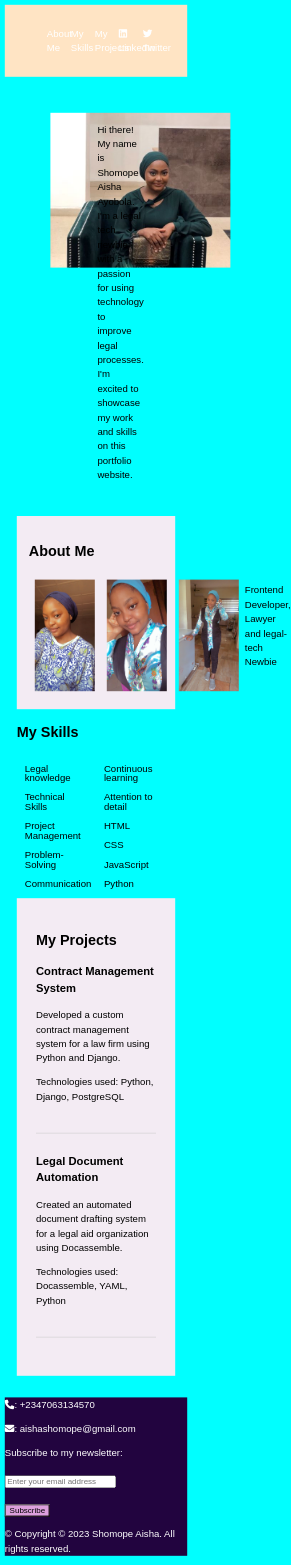
Repository: Iyewande/AishasPortfolio
Page: Index.html
These files come from the project's save history. The page is drawn as it stood at one moment and after the next save; the edit follows.
The browser window is 320 px wide. The page is 485 px wide, so the pictures cover 485 px, including what lies to the right of the window. The pictures show the whole page, at 60% of full size.
Some web libraries are served in a nearby version.

Above is the page before, as saved 2023-05-04 23:24:59.

### Index.html
<!DOCTYPE html>
<html lang="en">
    <head>
        <meta charset="UTF-8">
        <meta http-equiv="X-UA-Compatible" content="IE=edge">
        <meta name="viewport" content="width=device-width, initial-scale=1.0">
        <title>My Legal Tech Portfolio</title>
        <link rel="stylesheet" href="Style.css">
        <script src="https://kit.fontawesome.com/dcc74d8766.js" crossorigin="anonymous"></script>
    </head>
    <body>
        <div class="main-container">
        <!-- This HTML code creates a simple portfolio website with three main sections: About Me, My Projects, and My Skills.
            The navigation menu allows visitors to easily navigate between the sections of the website. The CSS styling for
            this website is located in a separate style.css file. -->
        <header id="header">
            <div>

            </div>
            <nav>
                <ul>
                    <li><a href="#about">About Me</a></li>
                    <li><a href="#skills">My Skills</a></li>
                    <li><a href="#projects">My Projects</a></li>
                    <li><a href="https://www.linkedin.com/in/shomope-aisha-ayobola/"><i class="fa-brands fa-linkedin"></i>LinkedIn</a></li>
                    <li><a href="https://twitter.com/ShomopeAisha"><i class="fa-brands fa-twitter"></i>Twitter</a></li>
                  </ul>
            </nav>
        </header>
        <main>
            <section id="landingPage">
                <div id="image">
                    <img id="img" src="E17CF07F-F5B1-4C94-9C3E-8D25C5FEC29B.jpg" alt="A picture of me">
                </div>
                <div id="heading">
                    <p>Hi there! My name is Shomope Aisha Ayobola.  I'm a legal tech newbie with a passion for using technology to improve legal processes. I'm excited to
                        showcase my work and skills on this portfolio website.
                    </p>
                </div>

            </section>
            <section  id="about">
                <div id="aboutMe">
                    <h2>About Me</h2>
                </div>
                <div id="secondrow2">
                    <div id="gallery">
                        <img id="me1" src="IMG_0573.JPG" alt="My picture">
                        <img id="me2" src="IMG_2036.JPG" alt="My picture">
                        <img id="me3" src="IMG_2049.JPG" alt="My picture">
                    </div>
                    <div id="paragraph">
                        <p>
                            Frontend Developer, Lawyer and legal-tech Newbie
                        </p>
                    </div>
                </div>

            </section>
              <section id="skills">
                <div id="mySkills">
                    <h2>My Skills</h2>
                </div>
               <div id="list">
                    <div id="unordered">
                         <p>Legal knowledge</p>
                         <p>Technical Skills</p>
                         <p>Project Management</p>
                         <p>Problem-Solving</p>
                         <p>Communication</p>
                    </div>
                    <div id="ordered">
                        <p>Continuous learning</p>
                        <p>Attention to detail</p>
                        <p>HTML</p>
                        <p>CSS</p>
                        <p>JavaScript</p>
                        <p>Python</p>
                </div>
              </section>
              <section id="projects">
                <div class="main-container"></div>
                <h2>My Projects</h2>
                <ul>
                  <li>
                    <h3>Contract Management System</h3>
                    <p>Developed a custom contract management system for a law firm using Python and Django.</p>
                    <p>Technologies used: Python, Django, PostgreSQL</p>
                  </li>
                  <li>
                    <h3>Legal Document Automation</h3>
                    <p>Created an automated document drafting system for a legal aid organization using Docassemble.</p>
                    <p>Technologies used: Docassemble, YAML, Python</p>
                  </li>
                </ul>
              </section>
              <section>
                <!-- <h3 id="futureProjects">Future projects</h3> -->
                <!-- As a complete legal tech newbie with only legal knowledge, HTML, and CSS skills, you can still build a portfolio
                       that showcases your abilities and potential. Here are some project ideas: -->

                <!-- <ul>
                    <li>
                        <h3>Legal blog or website</h3>
                        <p>Create a blog or website that discusses legal topics, provides legal advice, or offers legal services.</p>
                        <p>Tools:My HTML and CSS skills to design and build the website, and my legal knowledge to create
                            engaging and informative content.</p>
                    </li>
                    <li>
                        <h3>Legal case study</h3>
                        <p> Analyze a legal case and create a detailed report that summarizes the facts, legal issues, and outcomes.</p>
                    </li>
                    <li>
                        <h3>Legal newsletter</h3>
                        <p>Develop a newsletter that provides updates on legal news, recent court decisions, or changes in legislation.</p>
                    </li>
                    <li>
                        <h3>Legal Podcast </h3>
                        <p>Create a podcast that discusses legal topics or features interviews with legal professionals.</p>
                    </li>
                    <li>
                        <h3>Legal infographic</h3>
                        <p>Create an infographic that explains a legal concept or process in a visually engaging way.</p>
                    </li>
                    <h3>Legal research database</h3>
                    <p>Build a legal research database that allows users to search for legal cases or statutes using keywords, topics, and other criteria.</p>
                    </li>
                    <li>
                        <h3>Document automation</h3>
                        <p>Develop a tool that automates the creation of legal documents, such as contracts or agreements, using templates and user input.</p>
                    </li>
                    <li>
                        <h3>Contract management system</h3>
                        <p>Create a system that manages the entire contract lifecycle, from drafting to negotiation to execution and beyond.</p>
                    </li>
                    <li>
                        <h3>Compliance tracking tool</h3>
                        <p>Build a tool that helps companies track their compliance with legal regulations, such as data privacy laws or labor laws.</p>
                    </li>
                    <li>
                        <h3>Legal analytics dashboard</h3>
                        <p>Develop a dashboard that provides insights and analytics on legal data, such as case outcomes or legal spend.</p>
                    </li>
                    <li>
                        <h3>E-discovery tool</h3>
                        <p>Create a tool that helps legal teams manage electronic discovery, including searching, reviewing, and producing relevant documents for litigation.</p>
                    </li>
                    <li>
                        <h3>Virtual legal assistant</h3>
                        <p>Build a virtual assistant that can answer legal questions, provide guidance on legal processes, or assist with legal research.</p>
                    </li>
                </ul>
              </section>
              <p>These projects will help demonstrate my creativity, technical skills, and understanding of legal concepts.
                They can be used to showcase my work to potential employers, clients, or collaborators in the legal tech industry.
                As I continue to learn and develop your skills, I can incorporate more advanced technical components into my
                portfolio projects.</p> -->

        </main>
        <!-- footer: contains content that appears at the bottom of the page, such as copyright information. -->
        <footer id="footer">
            <div >
                <div class="contact">
                    <p><i class="fa-sharp fa-solid fa-phone"></i>: +2347063134570</p>
                    <p><i class="fa-solid fa-envelope"></i>: aishashomope@gmail.com</p>
                </div>
                <form action="#" method="post">
                    <label for="subscribe">Subscribe to my newsletter:</label>
                    <br><br>
                    <input type="email" id="subscribe" name="subscribe" placeholder="Enter your email address">
                    <br><br>
                    <button class=btn type="submit">Subscribe</button>
                </form>
                <p>&copy; Copyright © 2023 Shomope Aisha. All rights reserved.</p>
            </div>
        </footer>
    </div>
    </body>
</html>

### Style.css
/* Specific styles */

/* Header Styles */
#header {
  background-color: rgb(34, 4, 63);
  color: #fff;
  display: flex;
}

.header-container {
  display: flex;
  justify-content: space-between;
  align-items: center;
}

nav ul {
  display: flex;
  list-style: none;
}

nav ul li {
  margin: 0 10px;
  display: inline-block;
  width: 100px;
}

nav ul li a {
  color: #fff;
  text-decoration: none;
}

#landingPage {
  display: flex;
  margin: 20px;
  padding: 20px;
  justify-content: space-around;
}

#image{
  width: 25%;
}
#img{
  width: 300px;
}

#heading{
  width: 40%;
}

#secondrow2{
  display: flex;
  justify-content: space-evenly;
}

#gallery{
  display: flex;
  flex-direction: row;
}

#me1{
  flex: 30%;
  padding: 10px;
  width: 100px;
}

#me2{
  flex: 30%;
padding: 10px;
width: 100px;
}

#me3{
  flex: 30%;
padding: 10px;
width: 100px;
}

  #about {
    background-color: rgb(243, 235, 243);
    padding: 20px;
  }

  #about p {
    margin-bottom: 1em;
  }
  #aboutMe h2{
    font-size: 24px;
  }

  #projects ul {
    list-style: none;
    margin: 0;
    padding: 0;
  }

  #projects li {
    border-bottom: 1px solid #ccc;
    margin-bottom: 2em;
    padding-bottom: 2em;
  }

  #projects h3 {
    margin-top: 0;
  }

  #projects p {
    margin-bottom: 1em;
  }

  #projects {
    background-color: rgb(243, 235, 243);
    padding: 2em;
  }

  #futureProjects li {
    background-color: rgb(243, 235, 243);
    padding: 2em;
  }


  #skills ul {
    display: grid;
    grid-template-columns: repeat(auto-fit, minmax(120px, 1fr));
    grid-gap: 1em;
  }

  #skills li {
    background-color: #f7f7f7;
    border: 1px solid #ccc;
    border-radius: 4px;
    padding: 1em;
    text-align: center;
  }

  #list{
    display: flex;
    justify-content: space-around;
  }

  #unordered{
    width: 40%;
    line-height: 1;
  }

  #ordered{
    width: 40%;
    line-height: 1;
  }


   */
  /* Global Styles */
* {
    box-sizing: border-box;
    margin: 0;
    padding: 0;
}

body {
    font-family: Arial, sans-serif;
    font-size: 16px;
    line-height: 1.5;
}

header, main {
    max-width: 1200px;
    margin: 0 auto;
    padding: 20px;
}

/* Footer styles */
footer{
    background-color: rgb(34, 4, 63);
    color: #fff;
}
/* Hover Style */
nav ul li a:hover {
    text-decoration: underline;
}

.btn {
    background-color:plum;
}
.btn:hover {
    background-color:purple;
    color: white;
}

/* Focus Style */
input:focus {
    background-color: plum;
  }

/* Pseudo style */
h3{
    font-weight: bold;
}

@media (max-width: 320px){
  body{
    background-color:aqua
  }
  #header{
    background-color:bisque
  }
  header-container{
    display: flex;
  justify-content: space-between;
  align-items: center;
  }
  nav ul li {
    margin: 0 10px;
    display: inline-block;
    width: 20px;
  }

}

@media (min-width:320px) and (max-width:480px) {

}

After the next save:
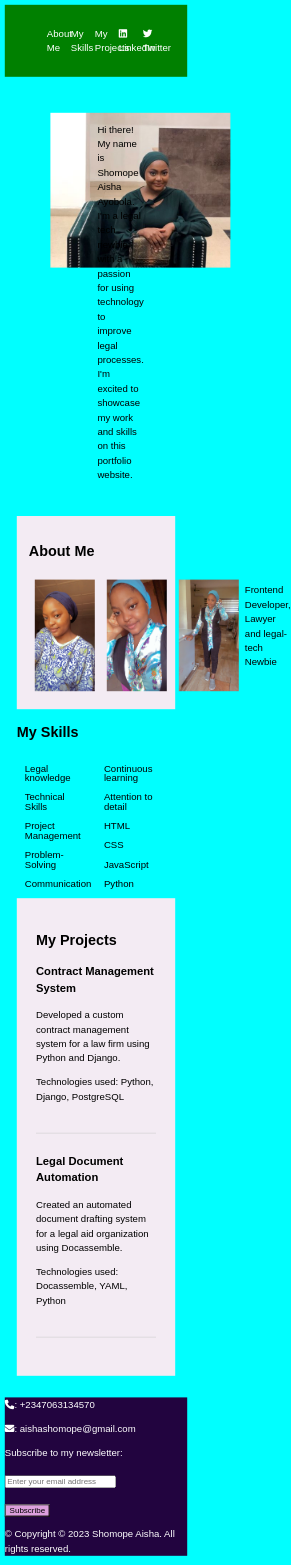
Saved 115 s later.
--- a/Style.css
+++ b/Style.css
@@ -201,7 +201,7 @@ h3{
     background-color:aqua
   }
   #header{
-    background-color:bisque
+    background-color:green
   }
   header-container{
     display: flex;
